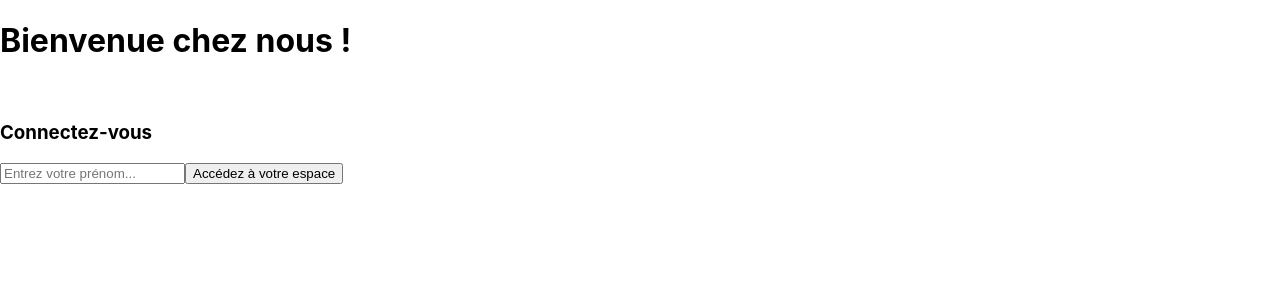
Repository: dimitrivitulin/crazee-burger
Page: /
The author's editor kept a copy of each file at every save. The page is drawn from the files as they stood at one save, then again after the next save.
The browser window is 1280 px wide. The pictures show the whole page.
The project was rebuilt for these pictures with package versions that can differ from the ones it lists, and the page was loaded fresh each time.

Above is the page before, as saved 2023-01-19 01:32:49.

After the next save:
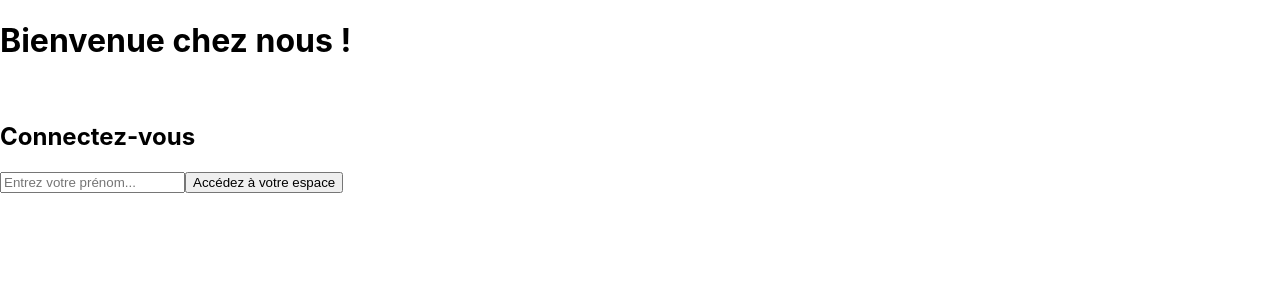
Saved 1 s later.
--- a/src/components/pages/LoginPage.js
+++ b/src/components/pages/LoginPage.js
@@ -1,35 +1,35 @@
 import { useState } from "react";
 
 export default function LoginPage() {
-
   // State
   const [prenom, setPrenom] = useState("");
 
-// Comportement
+  // Comportement
   const handleSubmit = (event) => {
     event.preventDefault();
 
-    if(prenom){
+    if (prenom) {
       alert(`Bonjour ${prenom}`);
     }
-    setPrenom("")
+    setPrenom("");
   };
 
   // Affichage
   return (
-     <div className="App">
+    <div className="App">
       <h1>Bienvenue chez nous !</h1>
       <br />
-      <h3>Connectez-vous</h3>
+      <h2>Connectez-vous</h2>
       <form onSubmit={handleSubmit}>
         <input
           value={prenom}
           onChange={(e) => setPrenom(e.target.value)}
-          type="text" placeholder="Entrez votre prénom..."
+          type="text"
+          placeholder="Entrez votre prénom..."
           required
         />
         <button>Accédez à votre espace</button>
       </form>
     </div>
-  )
+  );
 }
